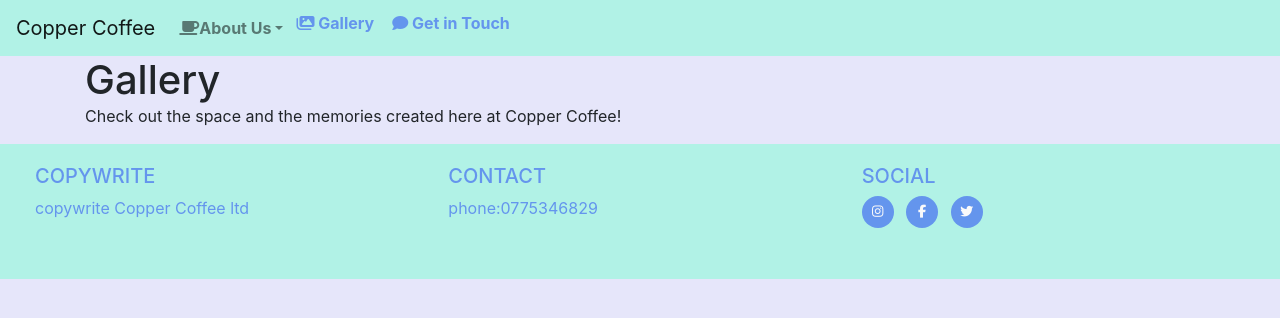
Repository: Matt-F90/milestone
Page: gallery.html
The author's editor kept a record of every edit. The page is drawn from the files as they stood at one moment, then again after the next edit.
The browser window is 1280 px wide. The pictures show the whole page.
Some web libraries are served in a nearby version.

Above is the page before.
Console error: TypeError: Cannot read properties of undefined (reading 'fn')

After the next edit:
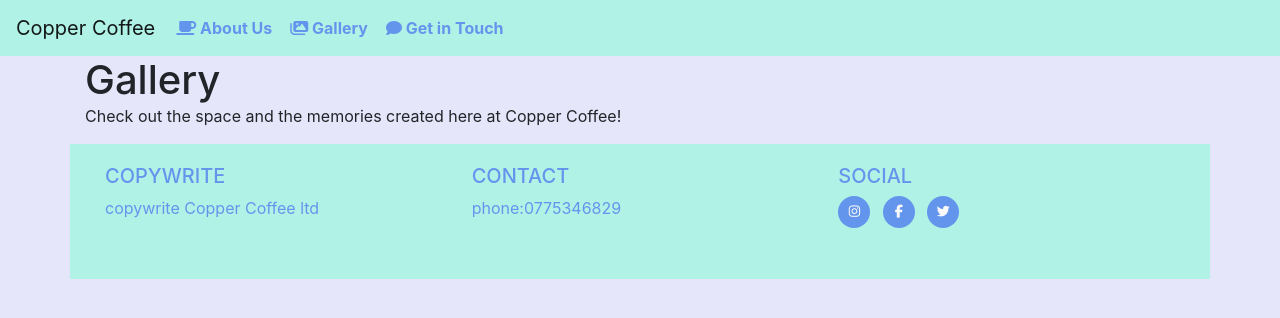
The edit:
--- a/gallery.html
+++ b/gallery.html
@@ -17,34 +17,28 @@
 <body>
 
     <!------------------------------------------------------------------------------------nav--->
-    <div class="navbar-container">
+<div class="navbar-container">
 
-    <nav class="navbar navbar-light navbar-expand-sm">
-        <a href="index.html" class="navbar-brand">Copper Coffee</a>
+        <nav class="navbar navbar-light navbar-expand-sm">
+            <a href="index.html" class="navbar-brand">Copper Coffee</a>
 
 
-        <button class="navbar-toggler ml-auto" type="button" data-toggle="collapse" data-target="#navbarNavDropdown" aria-controls="navbarNavDropdown" aria-expanded="false" aria-lable="toggle navigation">
+            <button class="navbar-toggler ml-auto" type="button" data-toggle="collapse" data-target="#navbarNavDropdown" aria-controls="navbarNavDropdown" aria-expanded="false" aria-lable="toggle navigation">
            <span class="navbar-toggler-icon"></span></button>
 
-        <div class="collapse navbar-collapse" id=navbarNavDropdown>
-            <ul class="navbar-nav mr-auto">
-                <li class="nav-item dropdown">
-                    <a class="nav-link dropdown-toggle" href="about.html" id="navbarDropdownMenuLink" role="button" data-toggle="dropdown" aria-haspopup="true" aria-expanded="false"><i class="fas fa-coffee"></i>About Us</a>
-                    <div class="dropdown-menu" aria-labelledby="navbarDropdownMenuLink">
-                        <a class="dropdown-item" href="#">Our Story</a>
-                        <a class="dropdown-item" href="#">Meet the Team</a>
-                        <a class="dropdown-item" href="#">Find the Store</a>
-                    </div>
-                </li>
-                <li class="nav-item mr-2"><a class "nav-link" href="gallery.html"><i class="fas fa-images"></i> Gallery</a></li>
-                <li class="nav-item mr-2"><a class "nav-link" href="contact.html"><i class="fas fa-comment"></i> Get in Touch</a></li>
-            </ul>
-        </div>
-    </nav>
+            <div class="collapse navbar-collapse" id=navbarNavDropdown>
+                <ul class="navbar-nav mr-auto">
+                    <li class="nav-item mr-2"><a class "nav-link" href="about.html"><i class="fas fa-coffee"></i> About Us</a></li>
+                    <li class="nav-item mr-2"><a class "nav-link" href="gallery.html"><i class="fas fa-images"></i> Gallery</a></li>
+                    <li class="nav-item mr-2"><a class "nav-link" href="contact.html"><i class="fas fa-comment"></i> Get in Touch</a></li>
+                </ul>
+            </div>
+        </nav>
     </div>
-
     <!---------------------------------------------------------------------------------------------div--->
-    <div class="container content-container">
+    <div class="container gallery-container">
+        <div class="row">
+        <div class="col-12">
     <h1>Gallery</h1>
     <p>Check out the space and the memories created here at Copper Coffee!</p>
     </div>
